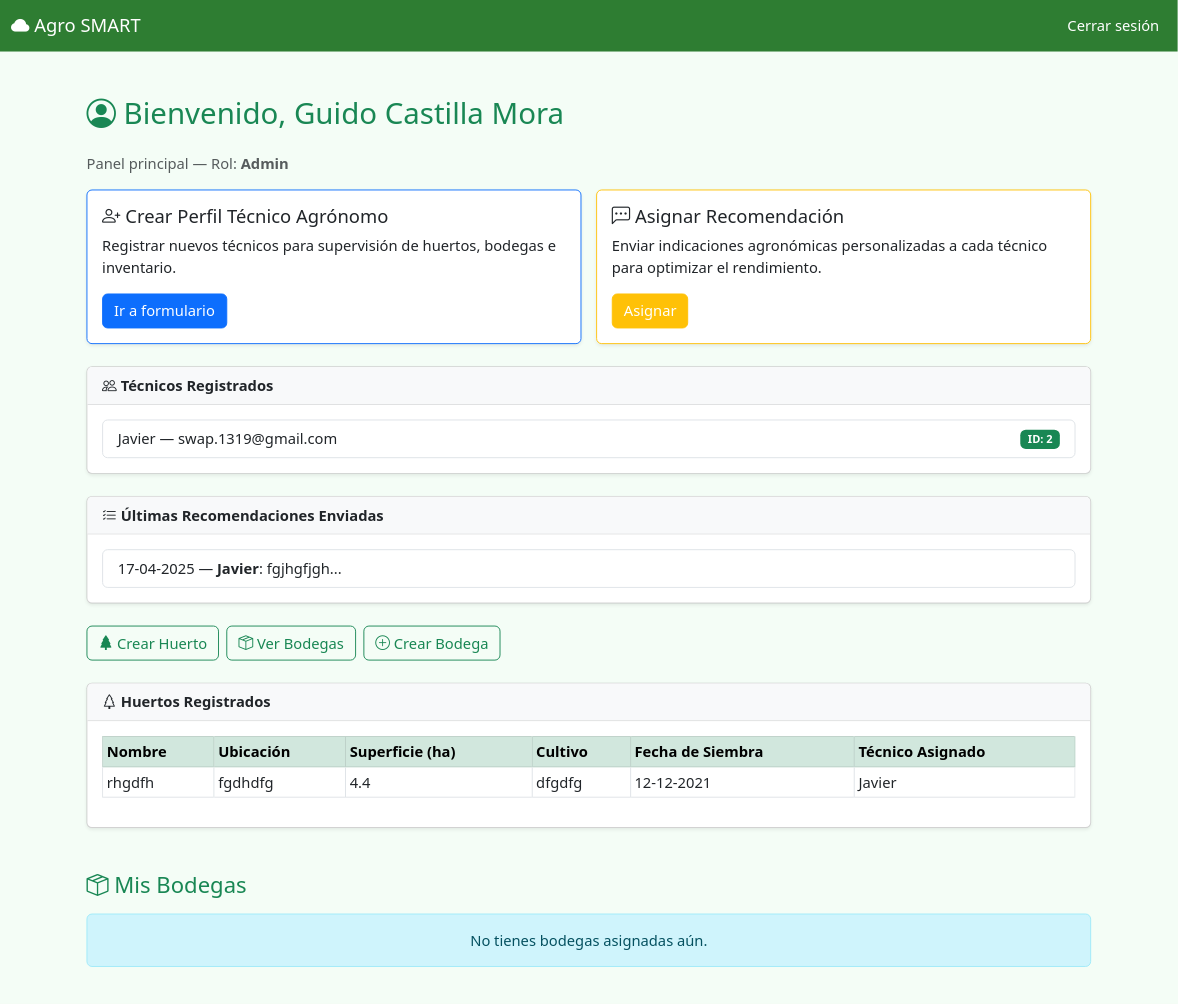
Repository: eikos4/Agrodeskv3
Page: http://localhost/dashboard
An editor plug-in stored every save of this project. The page is shown before and after the next save, followed by the edit.
The browser window is 1280 px wide. The pictures show the whole page, at 92% of full size.
The page is served by the project's application, run on Flask 3 (app/__init__.py). The user the application loads for id 1 is signed in. Other server files are loaded and not shown. The page reads the database file committed with the project.

Above is the page before, as saved 2025-04-14 01:46:28.

### app/templates/dashboard.html
{% extends "base.html" %}

{% block title %}Panel Principal{% endblock %}

{% block content %}
<div class="container py-4">

  <!-- Título del panel -->
  <h2 class="mb-4 text-success">
    <i class="bi bi-person-circle"></i> Bienvenido, {{ current_user.name }}
  </h2>
  <p class="text-muted">Panel principal — Rol: <strong>{{ current_user.role|capitalize }}</strong></p>

  {% if notificaciones %}
  <!-- Notificaciones -->
  <div class="alert alert-light border-start border-4 border-success shadow-sm mb-4">
    <h5><i class="bi bi-bell-fill text-success"></i> Notificaciones</h5>
    <ul class="mb-0 ps-3">
      {% for n in notificaciones %}
        <li><strong>{{ n.titulo }}</strong> — {{ n.mensaje }} <small class="text-muted">({{ n.fecha.strftime('%d-%m-%Y') }})</small></li>
      {% endfor %}
    </ul>
  </div>
  {% endif %}

  <!-- Panel para Administradores -->
  {% if current_user.role == 'admin' %}
    <div class="row g-3 mb-4">
      <div class="col-md-6">
        <div class="card border-primary shadow-sm h-100">
          <div class="card-body">
            <h5 class="card-title"><i class="bi bi-person-plus"></i> Crear Perfil Técnico Agrónomo</h5>
            <p class="card-text">Registrar nuevos técnicos para supervisión de huertos, bodegas e inventario.</p>
            <a href="{{ url_for('admin.crear_tecnico') }}" class="btn btn-primary">Ir a formulario</a>
          </div>
        </div>
      </div>
      <div class="col-md-6">
        <div class="card border-warning shadow-sm h-100">
          <div class="card-body">
            <h5 class="card-title"><i class="bi bi-chat-left-dots"></i> Asignar Recomendación</h5>
            <p class="card-text">Enviar indicaciones agronómicas personalizadas a cada técnico para optimizar el rendimiento.</p>
            <a href="{{ url_for('admin.recomendar') }}" class="btn btn-warning text-white">Asignar</a>
          </div>
        </div>
      </div>
    </div>

    <!-- Técnicos Registrados -->
    <div class="card mb-4 shadow-sm">
      <div class="card-header bg-light">
        <strong><i class="bi bi-people"></i> Técnicos Registrados</strong>
      </div>
      <div class="card-body">
        <ul class="list-group">
          {% for tecnico in tecnicos %}
            <li class="list-group-item d-flex justify-content-between align-items-center">
              {{ tecnico.name }} — {{ tecnico.email }}
              <span class="badge bg-success">ID: {{ tecnico.id }}</span>
            </li>
          {% else %}
            <li class="list-group-item text-muted">No hay técnicos registrados aún.</li>
          {% endfor %}
        </ul>
      </div>
    </div>

    <!-- Últimas Recomendaciones -->
    <div class="card shadow-sm mb-4">
      <div class="card-header bg-light">
        <strong><i class="bi bi-list-check"></i> Últimas Recomendaciones Enviadas</strong>
      </div>
      <div class="card-body">
        <ul class="list-group">
          {% for r in ultimas_recomendaciones %}
            <li class="list-group-item">
              {{ r.fecha.strftime('%d-%m-%Y') }} — <strong>{{ r.tecnico.name }}</strong>: {{ r.contenido[:60] }}...
            </li>
          {% else %}
            <li class="list-group-item text-muted">Aún no se han enviado recomendaciones.</li>
          {% endfor %}
        </ul>
      </div>
    </div>

    <!-- Acciones Administrativas -->
    <div class="d-flex gap-2 mb-4">
      <a href="{{ url_for('admin.crear_huerto') }}" class="btn btn-outline-success">
        <i class="bi bi-tree-fill"></i> Crear Huerto
      </a>
      <a href="{{ url_for('admin.listar_bodegas') }}" class="btn btn-outline-success">
        <i class="bi bi-box-seam"></i> Ver Bodegas
      </a>
      <a href="{{ url_for('admin.crear_bodega') }}" class="btn btn-outline-success">
        <i class="bi bi-plus-circle"></i> Crear Bodega
      </a>
    </div>

    <!-- Huertos Registrados -->
    <div class="card mt-4 shadow-sm">
      <div class="card-header bg-light">
        <strong><i class="bi bi-tree"></i> Huertos Registrados</strong>
      </div>
      <div class="card-body">
        <div class="table-responsive">
          <table class="table table-bordered table-sm align-middle">
            <thead>
              <tr class="table-success">
                <th>Nombre</th>
                <th>Ubicación</th>
                <th>Superficie (ha)</th>
                <th>Cultivo</th>
                <th>Fecha de Siembra</th>
                <th>Técnico Asignado</th>
              </tr>
            </thead>
            <tbody>
              {% for h in huertos %}
              <tr>
                <td>{{ h.nombre }}</td>
                <td>{{ h.ubicacion }}</td>
                <td>{{ h.superficie_ha }}</td>
                <td>{{ h.tipo_cultivo }}</td>
                <td>{{ h.fecha_siembra.strftime('%d-%m-%Y') }}</td>
                <td>{{ h.responsable.name }}</td>
              </tr>
              {% else %}
              <tr><td colspan="6" class="text-muted">No hay huertos registrados.</td></tr>
              {% endfor %}
            </tbody>
          </table>
        </div>
      </div>
    </div>



  <!-- Panel para Técnicos -->
  {% elif current_user.role == 'tecnico' %}
    <div class="alert alert-success shadow-sm d-flex align-items-center mb-4">
      <i class="bi bi-megaphone fs-3 me-3"></i>
      <div>
        <h5 class="mb-1">Instrucciones Técnicas</h5>
        <p class="mb-0">Tu ingeniero agrónomo ha enviado las siguientes recomendaciones para tu gestión de campo.</p>
      </div>
    </div>

    <h4 class="text-success mb-3"><i class="bi bi-tree"></i> Mis Huertos</h4>
    <div class="row row-cols-1 row-cols-md-2 row-cols-lg-3 g-4">
      {% for h in huertos %}
      <div class="col">
        <div class="card border-success h-100 shadow-sm">
          <div class="card-header bg-success text-white">
            <h5 class="card-title mb-0"><i class="bi bi-tree-fill"></i> {{ h.nombre }}</h5>
          </div>
          <div class="card-body">
            <p><i class="bi bi-geo-alt-fill text-success"></i> <strong>Ubicación:</strong> {{ h.ubicacion }}</p>
            <p><i class="bi bi-flower2 text-success"></i> <strong>Cultivo:</strong> {{ h.tipo_cultivo }}</p>
            <p><i class="bi bi-rulers text-success"></i> <strong>Superficie:</strong> {{ h.superficie_ha }} ha</p>
            <p><i class="bi bi-calendar-check text-success"></i> <strong>Siembra:</strong> {{ h.fecha_siembra.strftime('%d-%m-%Y') }}</p>
          </div>
        </div>
      </div>
      {% else %}
      <div class="col-12">
        <div class="alert alert-info text-center">
          <i class="bi bi-info-circle"></i> No tienes huertos asignados aún.
        </div>
      </div>
      {% endfor %}
    </div>

    <!-- Recomendaciones Recientes -->
    <h4 class="text-success mb-3 mt-5"><i class="bi bi-clipboard-check"></i> Recomendaciones Recientes</h4>
    <div class="list-group shadow-sm">
      {% for r in recomendaciones %}
      <div class="list-group-item list-group-item-action border-start border-success border-4">
        <div class="d-flex w-100 justify-content-between">
          <h6 class="mb-1"><i class="bi bi-calendar-event text-success"></i> {{ r.fecha.strftime('%d-%m-%Y') }}</h6>
          {% if r.autor %}
          <small class="text-muted">Emitida por: {{ r.autor.name }}</small>
          {% endif %}
        </div>
        <p class="mb-1">📌 {{ r.contenido }}</p>
      </div>
      {% else %}
      <div class="list-group-item text-muted text-center">No tienes recomendaciones aún.</div>
      {% endfor %}
    </div>
  {% endif %}

  <!-- Bodegas Asignadas -->
  <h4 class="text-success mb-3 mt-5"><i class="bi bi-box-seam"></i> Mis Bodegas</h4>
  {% if bodegas %}
  <div class="row row-cols-1 row-cols-md-2 g-3">
    {% for bodega in bodegas %}
    <div class="col">
      <div class="card border-info shadow-sm h-100">
        <div class="card-header bg-info text-white">
          <i class="bi bi-house-door"></i> {{ bodega.nombre }} — <small>{{ bodega.ubicacion }}</small>
        </div>
        <div class="card-body">
          <p class="mb-2"><i class="bi bi-person-badge"></i> Responsable: {{ bodega.responsable.name }}</p>
          <div class="d-flex gap-2">
            <a href="{{ url_for('tecnico.ver_quimicos', bodega_id=bodega.id) }}" class="btn btn-outline-secondary btn-sm">
              Ver Químicos
            </a>
            <a href="{{ url_for('tecnico.agregar_quimico', bodega_id=bodega.id) }}" class="btn btn-outline-success btn-sm">
              Agregar Químico
            </a>
          </div>
        </div>
      </div>
    </div>
    {% endfor %}
  </div>
  {% else %}
  <div class="alert alert-info text-center">No tienes bodegas asignadas aún.</div>
  {% endif %}

</div>
{% endblock %}

### app/templates/base.html
<!DOCTYPE html>
<html lang="es">
<head>
    <meta charset="UTF-8">
    <title>{% block title %}AgroSMART{% endblock %}</title>
    <meta name="viewport" content="width=device-width, initial-scale=1">

    <!-- Bootstrap 5 -->
    <link href="https://cdn.jsdelivr.net/npm/bootstrap@5.3.0/dist/css/bootstrap.min.css" rel="stylesheet">

    <!-- Iconos de Bootstrap -->
    <link href="https://cdn.jsdelivr.net/npm/bootstrap-icons@1.10.5/font/bootstrap-icons.css" rel="stylesheet">

    <style>
        body {
            background-color: #f4fdf6;
        }
        .navbar-agro {
            background-color: #2e7d32; /* Verde oscuro */
        }
        .navbar-agro .nav-link,
        .navbar-agro .navbar-brand {
            color: #ffffff !important;
        }
        .navbar-agro .nav-link:hover {
            color: #c8e6c9 !important;
        }
        .btn-agro {
            background-color: #43a047;
            color: white;
        }
        .btn-agro:hover {
            background-color: #388e3c;
        }
    </style>
</head>
<body>

<nav class="navbar navbar-expand-lg navbar-agro">
  <div class="container-fluid">
    <a class="navbar-brand" href="{{ url_for('main.index') }}">
        <i class="bi bi-cloud-fill"></i> Agro SMART
    </a>
    <button class="navbar-toggler" type="button" data-bs-toggle="collapse" data-bs-target="#navbarNav">
      <span class="navbar-toggler-icon"></span>
    </button>
    <div class="collapse navbar-collapse justify-content-end" id="navbarNav">
      <ul class="navbar-nav">
        {% if current_user.is_authenticated %}
          <li class="nav-item">
            <a class="nav-link" href="{{ url_for('auth.logout') }}">Cerrar sesión</a>
          </li>
        {% endif %}
      </ul>
    </div>
  </div>
</nav>

<div class="container mt-4">
  {% with messages = get_flashed_messages(with_categories=true) %}
    {% if messages %}
      {% for category, message in messages %}
        <div class="alert alert-{{ category }} alert-dismissible fade show" role="alert">
          {{ message }}
          <button type="button" class="btn-close" data-bs-dismiss="alert" aria-label="Close"></button>
        </div>
      {% endfor %}
    {% endif %}
  {% endwith %}

  {% block content %}{% endblock %}
</div>

<!-- Bootstrap JS (opcional para alertas, menú móvil, etc.) -->
<script src="https://cdn.jsdelivr.net/npm/bootstrap@5.3.0/dist/js/bootstrap.bundle.min.js"></script>
</body>
</html>

### app/__init__.py
from flask import Flask
from flask_sqlalchemy import SQLAlchemy
from flask_login import LoginManager

from flask_migrate import Migrate

db = SQLAlchemy()
login_manager = LoginManager()
migrate = Migrate()

def create_app():
    app = Flask(__name__)
    app.config.from_object('config.Config')

    db.init_app(app)
    login_manager.init_app(app)
    migrate.init_app(app, db)

    from app.models import User  # Importar aquí para evitar ciclos
    @login_manager.user_loader
    def load_user(user_id):
        return User.query.get(int(user_id))

    # ✅ REGISTRO DE BLUEPRINTS
    from .routes.auth import auth_bp
    from .routes.admin import admin_bp
    from .routes.tecnico import tecnico_bp # type: ignore
    from .routes.main import main_bp  # Asegúrate de tener este también


    app.register_blueprint(auth_bp)
    app.register_blueprint(admin_bp)
    app.register_blueprint(tecnico_bp)
    app.register_blueprint(main_bp)


    return app

### app/routes/main.py
from flask import Blueprint, render_template

from app.models import User, Recomendacion, Huerto
from app.models import Bodega

from flask_login import login_required, current_user

main_bp = Blueprint('main', __name__)

@main_bp.route('/')
def index():
    return render_template('index.html')




@main_bp.route('/dashboard')
@login_required
def dashboard():
    if current_user.role == "admin":
        tecnicos = User.query.filter_by(role="tecnico").all()
        ultimas_recomendaciones = Recomendacion.query.order_by(Recomendacion.fecha.desc()).limit(5).all()
        huertos = Huerto.query.order_by(Huerto.fecha_siembra.desc()).all()
        return render_template(
            "dashboard.html",
            tecnicos=tecnicos,
            ultimas_recomendaciones=ultimas_recomendaciones,
            huertos=huertos
        )
    else:
        recomendaciones = Recomendacion.query.filter_by(tecnico_id=current_user.id).order_by(Recomendacion.fecha.desc()).limit(5).all()
        huertos = Huerto.query.filter_by(responsable_id=current_user.id).order_by(Huerto.fecha_siembra.desc()).all()
        bodegas = Bodega.query.filter_by(responsable_id=current_user.id).all()
        return render_template(
            "dashboard.html",
            recomendaciones=recomendaciones,
            huertos=huertos,
            bodegas=bodegas  # ✅ ahora se pasan las bodegas al template
        )

### instance/agrocloud.db (the tables this page reads, as SQL)
CREATE TABLE huertos (
	id INTEGER NOT NULL, 
	nombre VARCHAR(100) NOT NULL, 
	ubicacion VARCHAR(200), 
	superficie_ha FLOAT, 
	tipo_cultivo VARCHAR(100), 
	fecha_siembra DATE, 
	responsable_id INTEGER, 
	created_at DATETIME, 
	updated_at DATETIME, 
	PRIMARY KEY (id), 
	FOREIGN KEY(responsable_id) REFERENCES users (id)
);
INSERT INTO "huertos" VALUES
(1, 'rhgdfh', 'fgdhdfg', 4.4, 'dfgdfg', '2021-12-12', 2, '2025-04-17 23:33:06.089359', '2025-04-17 23:33:06.089369');

CREATE TABLE recomendacion (
	id INTEGER NOT NULL, 
	contenido TEXT NOT NULL, 
	fecha DATETIME, 
	categoria VARCHAR(100), 
	estado VARCHAR(20), 
	adjunto VARCHAR(200), 
	tecnico_id INTEGER, 
	autor_id INTEGER, 
	PRIMARY KEY (id), 
	FOREIGN KEY(autor_id) REFERENCES users (id), 
	FOREIGN KEY(tecnico_id) REFERENCES users (id)
);
INSERT INTO "recomendacion" VALUES
(1, 'fgjhgfjgh', '2025-04-17 23:45:08.317837', NULL, 'pendiente', NULL, 2, NULL);

CREATE TABLE users (
	id INTEGER NOT NULL, 
	name VARCHAR(100) NOT NULL, 
	email VARCHAR(150) NOT NULL, 
	password VARCHAR(200) NOT NULL, 
	role VARCHAR(20) NOT NULL, 
	created_by INTEGER, 
	created_at DATETIME, 
	updated_at DATETIME, 
	PRIMARY KEY (id), 
	FOREIGN KEY(created_by) REFERENCES users (id)
);
INSERT INTO "users" VALUES
(1, 'Guido Castilla Mora', 'guido@agrocloud.cl', 'scrypt:32768:8:1$UcWMlIv4oViOaPQj$4d5777988d157cd96fb4feac4110ea1bd0b5c715f32791a37922e6941c228e9e4a723003b095e46d76f2f310074ab29ee94bd776404a8144e13cb43c19d4e559', 'admin', NULL, '2025-04-17 23:16:18.435664', '2025-04-17 23:16:18.435670'),
(2, 'Javier', 'swap.1319@gmail.com', 'scrypt:32768:8:1$6y2Fs4lw9H8hl7u6$885c992452306bc98f13c96bcb742ceadf1163ed18b430c5432c8e8348a8c488ac66ad511bedece8ab926819446097d01a13d8a0e0b2642220f0106ab8d197e6', 'tecnico', 1, '2025-04-17 23:17:48.669882', '2025-04-17 23:18:13.070963');

After the next save:
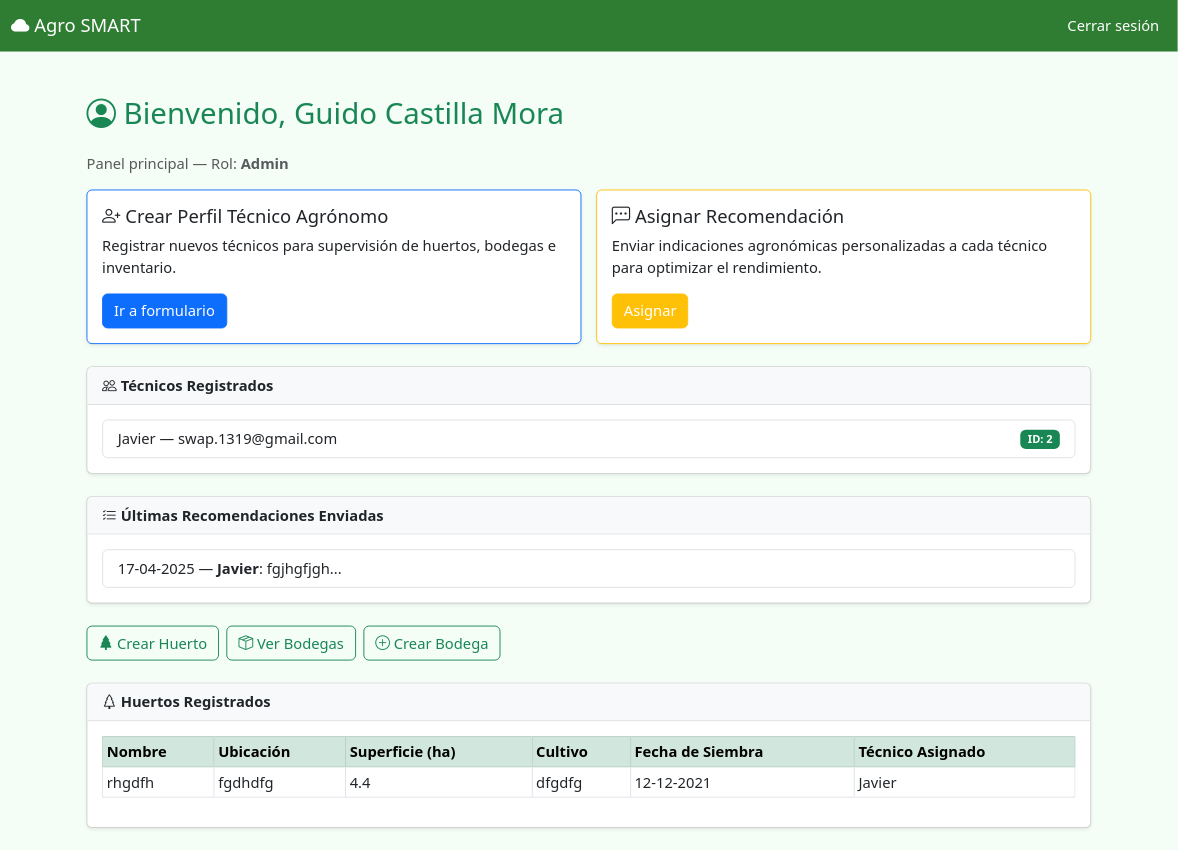
Saved 8 min 34 s later.
--- a/app/templates/dashboard.html
+++ b/app/templates/dashboard.html
@@ -190,33 +190,5 @@
   {% endif %}
 
   <!-- Bodegas Asignadas -->
-  <h4 class="text-success mb-3 mt-5"><i class="bi bi-box-seam"></i> Mis Bodegas</h4>
-  {% if bodegas %}
-  <div class="row row-cols-1 row-cols-md-2 g-3">
-    {% for bodega in bodegas %}
-    <div class="col">
-      <div class="card border-info shadow-sm h-100">
-        <div class="card-header bg-info text-white">
-          <i class="bi bi-house-door"></i> {{ bodega.nombre }} — <small>{{ bodega.ubicacion }}</small>
-        </div>
-        <div class="card-body">
-          <p class="mb-2"><i class="bi bi-person-badge"></i> Responsable: {{ bodega.responsable.name }}</p>
-          <div class="d-flex gap-2">
-            <a href="{{ url_for('tecnico.ver_quimicos', bodega_id=bodega.id) }}" class="btn btn-outline-secondary btn-sm">
-              Ver Químicos
-            </a>
-            <a href="{{ url_for('tecnico.agregar_quimico', bodega_id=bodega.id) }}" class="btn btn-outline-success btn-sm">
-              Agregar Químico
-            </a>
-          </div>
-        </div>
-      </div>
-    </div>
-    {% endfor %}
-  </div>
-  {% else %}
-  <div class="alert alert-info text-center">No tienes bodegas asignadas aún.</div>
-  {% endif %}
 
-</div>
 {% endblock %}
